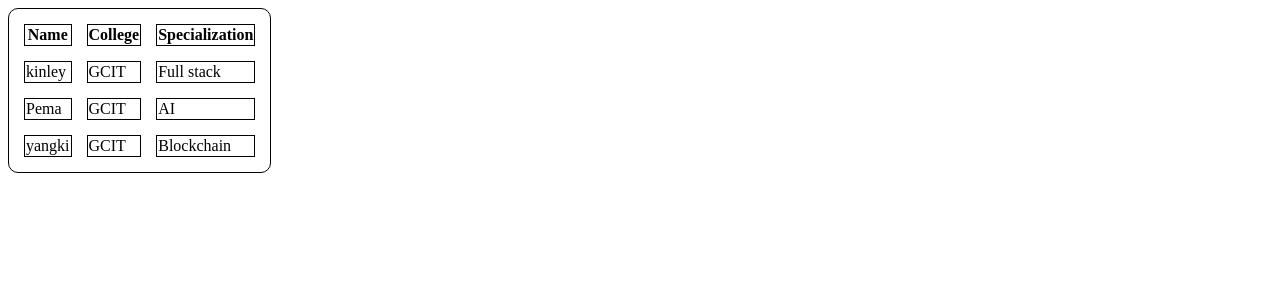
Repository: Pema-yangki/Css
Page: fed.html
These files come from the project's save history. The page is drawn as it stood at one moment and after a run of saves; the edit follows.
The browser window is 1280 px wide. The pictures show the whole page.

Above is the page before, as saved 2024-03-15 14:44:51.

### fed.html
<!DOCTYPE html>
<html lang="en">
<head>
    <meta charset="UTF-8">
    <meta name="viewport" content="width=device-width, initial-scale=1.0">
    <title>Document</title>
    <!-- <style>
        h1[name="greetings"]{
            color: brown;
        }
        h1[name ="king"]{
            color:aqua
        }
        h1[name="okay"]{
            color:blueviolet
        }
    </style> -->
    <style>
        table{
            border: 1px solid black;
            /* border-collapse: separate; */
            border-spacing: 15px;
            border-radius: 10px;
        }

        table, th, td{
            border: 1px solid black;
            /* border-collapse: collapse; */
            border-radius:px;
        }
    </style>
</head>
<body>
   <!-- <h1 name = "greetings">hello</h1>
   <h1 name = "king" >hi</h1>
   <h1 name = "okay">bye</h1> -->
   <table>
    <tr>
        <th>Name</th>
        <th>College</th>
        <th>Specialization</th>
    </tr>
    <tr>
        <td>kinley</td>
        <td >GCIT</td>
        <td>Full stack</td>
    </tr>
    <tr>
        <td>Pema</td>
        <td>GCIT</td>
        <td>AI</td>
    </tr>
    <tr>
        <td>yangki</td>
        <td>GCIT</td>
        <td>Blockchain</td>
    </tr>

   </table>

</body>
</html>

After the next 4 saves:
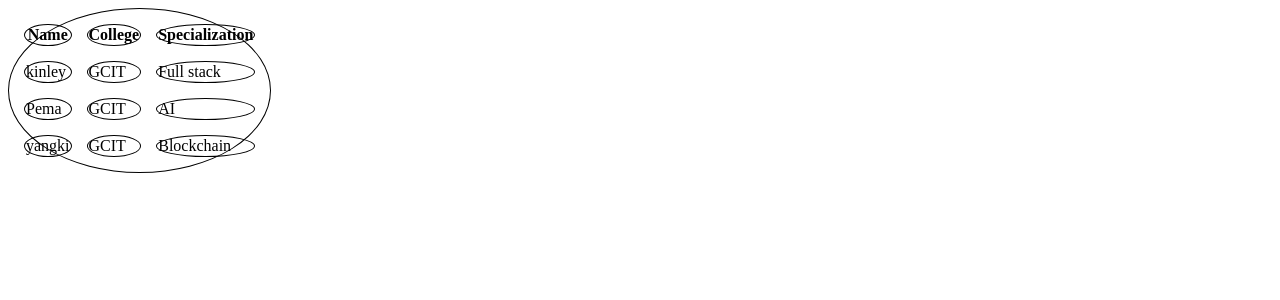
The 4 saves are shown as one change because they came seconds apart.
The last was saved 12 s later.
--- a/fed.html
+++ b/fed.html
@@ -26,7 +26,7 @@
         table, th, td{
             border: 1px solid black;
             /* border-collapse: collapse; */
-            border-radius:px;
+            border-radius:50%;
         }
     </style>
 </head>
